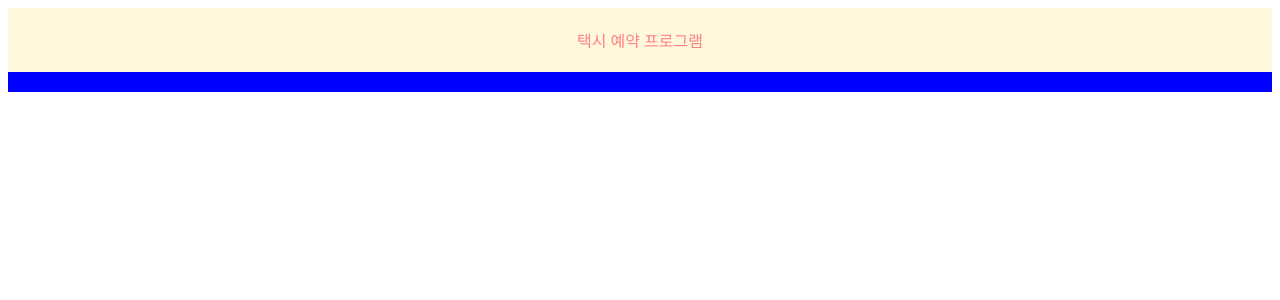
Repository: mvcfvsgdj/javaee
Page: http://localhost/prj0828/
These files come from the project's save history. The page is drawn as it stood at one moment and after the next save; the edit follows.
The browser window is 1280 px wide. The pictures show the whole page.
The page is served by Tomcat 9.

Above is the page before, as saved 2023-08-28 02:42:45.

After the next save:
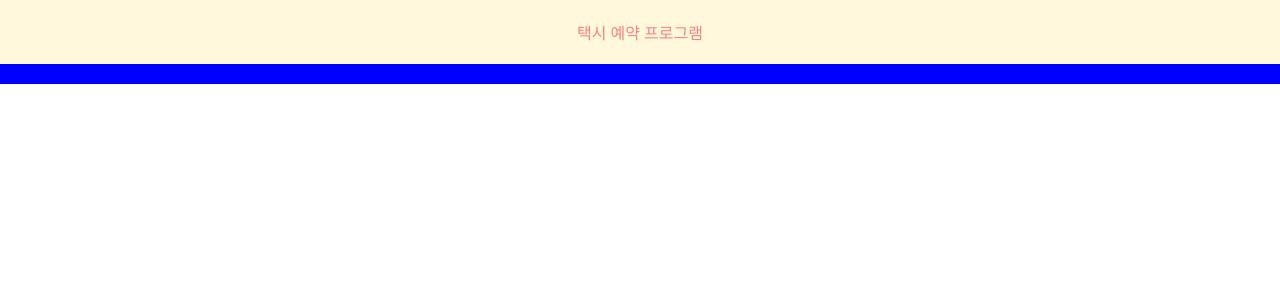
Saved 5 min 14 s later.
--- a/prj0828/src/main/webapp/css/index.css
+++ b/prj0828/src/main/webapp/css/index.css
@@ -1,4 +1,9 @@
 @charset "UTF-8";
+*{
+	padding: 0px;
+	margin: 0px;
+
+}
 
 header{
 	padding: 20px;
